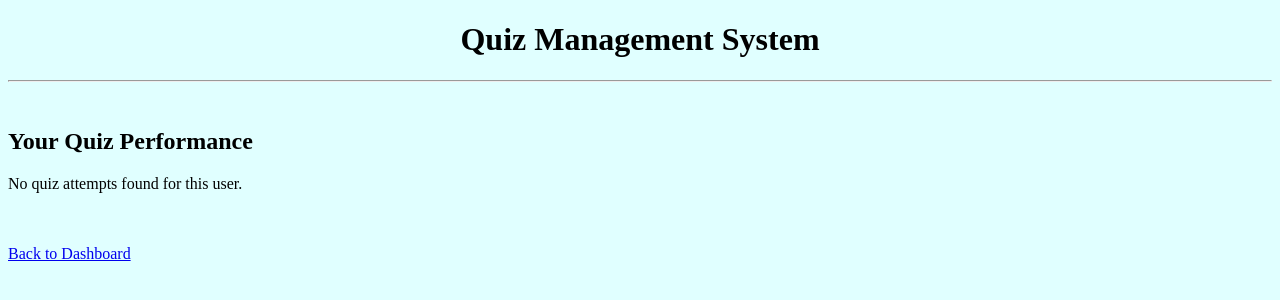
Repository: Rohitsenpai01/Quiz-Manangement-System
Page: http://localhost/WebQuizApp/viewscore.jsp
An editor plug-in stored every save of this project. The page is shown before and after the next save, followed by the edit.
The browser window is 1280 px wide. The pictures show the whole page.
The page is served by Tomcat 9. Queries for data that is not in the repository find no rows.

Above is the page before, as saved 2026-01-01 01:41:56.

After the next save:
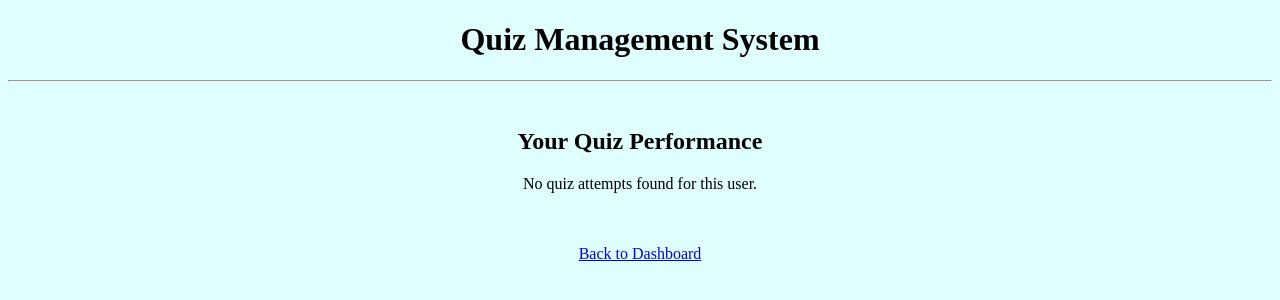
Saved 45 s later.
--- a/WebQuizApp/WebQuizApp/src/main/webapp/viewscore.jsp
+++ b/WebQuizApp/WebQuizApp/src/main/webapp/viewscore.jsp
@@ -15,7 +15,7 @@
     <%-- Call the method to populate the list --%>
     <% vs.viewScore(); %>
 
-    <div class="container">
+    <div style="text-align: center;">
         <h2>Your Quiz Performance</h2>
 
         <c:choose>
